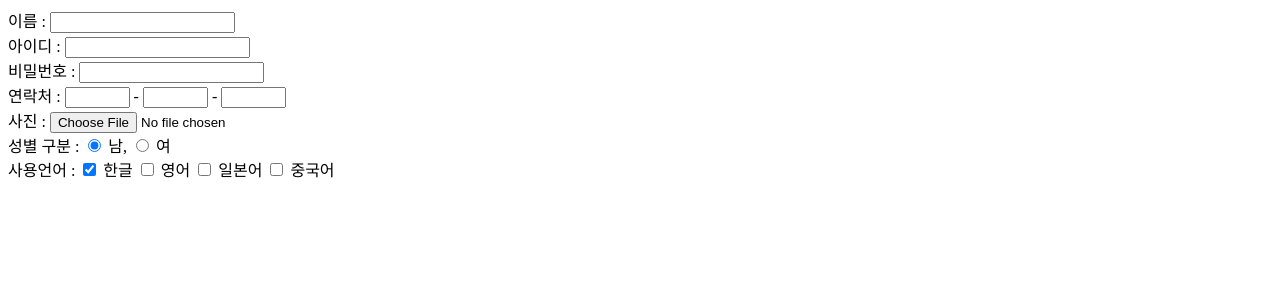
Repository: tjdwlsaos22/TJ_JSP
Page: jsp/HTML/src/main/webapp/Lec06.html
These files come from the project's save history. The page is drawn as it stood at one moment and after the next save; the edit follows.
The browser window is 1280 px wide. The pictures show the whole page.

Above is the page before, as saved 2024-01-17 04:57:08.

After the next save:
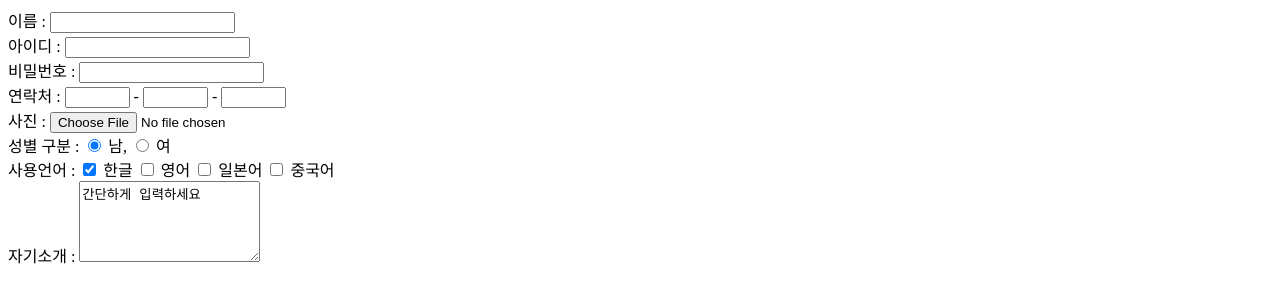
Saved 95 s later.
--- a/jsp/HTML/src/main/webapp/Lec06.html
+++ b/jsp/HTML/src/main/webapp/Lec06.html
@@ -22,6 +22,8 @@
 				<input type="checkbox" name="lang" value="eng"> 영어
 				<input type="checkbox" name="lang" value="jpn" > 일본어
 				<input type="checkbox" name="lang" value="chn" > 중국어 <br>
+			자기소개 :
+				<textarea rows="5" cols="20">간단하게 입력하세요</textarea><br>
 		</form>
 	</body>
 </html>
